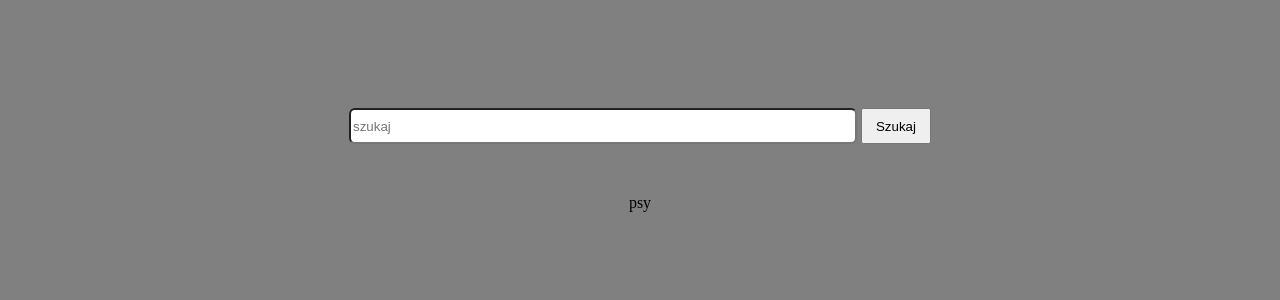
Repository: kq333/wyszukiarka-filmowa
Page: index.html
The author's editor kept a copy of each file at every save. The page is drawn from the files as they stood at one save, then again after the next save.
The browser window is 1280 px wide. The pictures show the whole page.
The style sheet was rebuilt from its Sass, Less or Tailwind sources for each picture, by a compiler version that may differ from the author's.

Above is the page before, as saved 2021-01-20 12:43:23.

### index.html
<!DOCTYPE html>
<!--[if lt IE 7]>      <html class="no-js lt-ie9 lt-ie8 lt-ie7"> <![endif]-->
<!--[if IE 7]>         <html class="no-js lt-ie9 lt-ie8"> <![endif]-->
<!--[if IE 8]>         <html class="no-js lt-ie9"> <![endif]-->
<!--[if gt IE 8]>      <html class="no-js"> <!--<![endif]-->
<html>
    <head>
        <meta charset="utf-8">
        <meta http-equiv="X-UA-Compatible" content="IE=edge">
        <title></title>
        <meta name="description" content="">
        <meta name="viewport" content="width=device-width, initial-scale=1">
        <link rel="stylesheet" href="style/style.css">
    </head>


    <body>
        <!--[if lt IE 7]>
            <p class="browsehappy">You are using an <strong>outdated</strong> browser. Please <a href="#">upgrade your browser</a> to improve your experience.</p>
        <![endif]-->

        <main>
            <div id="container">
                    <div class="searchBar">
                        <input id="search" type="text" placeholder="szukaj" onfocus="this.value=''">
                        <button id="btn">Szukaj</button>
                    </div>

                        <div class="movieTitle">psy</div>

                            <div class="mainContent">
                                <div class="leftSide">
                                    <div class="poster"></div>
                                </div>

                                    <div class="rightSide">
                                        <div class="director">
                                            <span class="Name"></span>
                                            <span class="DirectorName"></span>
                                        </div>
                                            <div class="Actors">
                                                <span class="Name"></span>
                                                <span class="ActorsName"></span>
                                            </div>
                                                <div class="Country">
                                                    <span class="Name"></span>
                                                    <span class="CountryName"></span>
                                                </div>
                                                    <div class="Year">
                                                        <span class="Name"></span>
                                                        <span class="YearName"></span>
                                                    </div>
                                                        <div class="Genre">
                                                            <span class="Name"></span>
                                                            <span class="GenreName"></span>
                                                        </div>
                                                            <div class="Plote">
                                                                <span class="Name"></span>
                                                                <span class="PloteName"></span>
                                                            </div>
                                    </div>
                            </div>
            </div>

            <footer>
                <div class="description"></div>
            </footer>
        </main>

        <script src="script.js" async>

        </script>
    </body>
</html>

### script.js
const btn = document.getElementById("btn");



btn.addEventListener('click', ()=>{

 document.getElementById("image").innerHTML ="";


 const search = document.getElementById("search").value;

 const url =   'http://www.omdbapi.com/?apikey=7bd5b2c8&t=';

//   const url = 'http://api.tvmaze.com/search/shows?q=';


  const result  = url + search;
  fetch(result)

  .then((res)=>{
      return res.json();
  })
  .then((data)=>{
     document.getElementById("demo").innerHTML = data.Title;
      console.log(data)
      console.log(data.Actors)
      console.log(data.Poster)
      let poster = data.Poster

      imageCreate = () =>{
          const elem = document.createElement("img")
          document.getElementById("image").appendChild(elem);
          elem.src = poster;
      }
      imageCreate();



  })
})

### style/style.scss
body{
    background-color: grey;
}

#container{
    width:1000px;
    height: auto;
    margin:auto;
    display:grid;
    grid-template-columns: auto;
    grid-template-areas:"searchBar"
                        "movieTitle"

                        ;





.searchBar{
    grid-area:searchBar;
    margin:auto;
    margin-top:100px;

    #search{
        width: 500px;
        height: 30px;
        border-radius: 6px;
    }

    #btn{
        width: 70px;
        height: 36px;
    }


}

.movieTitle{
    grid-area: movieTitle;
    margin:auto;
    margin-top:50px;
}












}

After the next save:
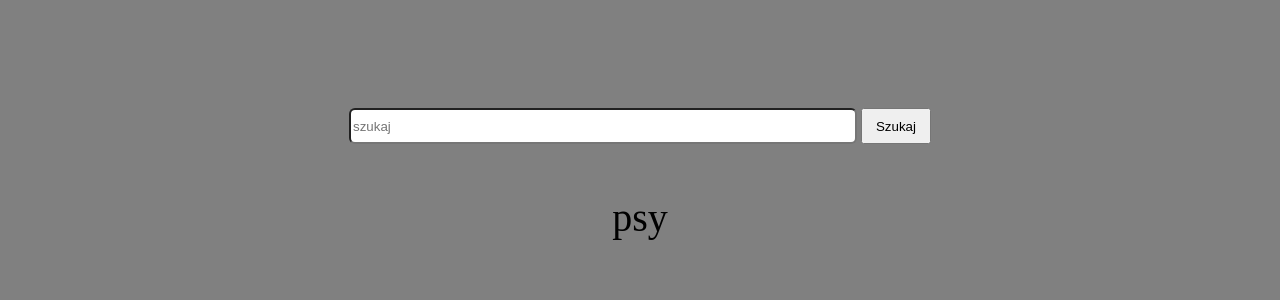
Saved 14 s later.
--- a/style/style.scss
+++ b/style/style.scss
@@ -40,6 +40,7 @@ body{
     grid-area: movieTitle;
     margin:auto;
     margin-top:50px;
+    font-size: 40px;
 }
 
 
